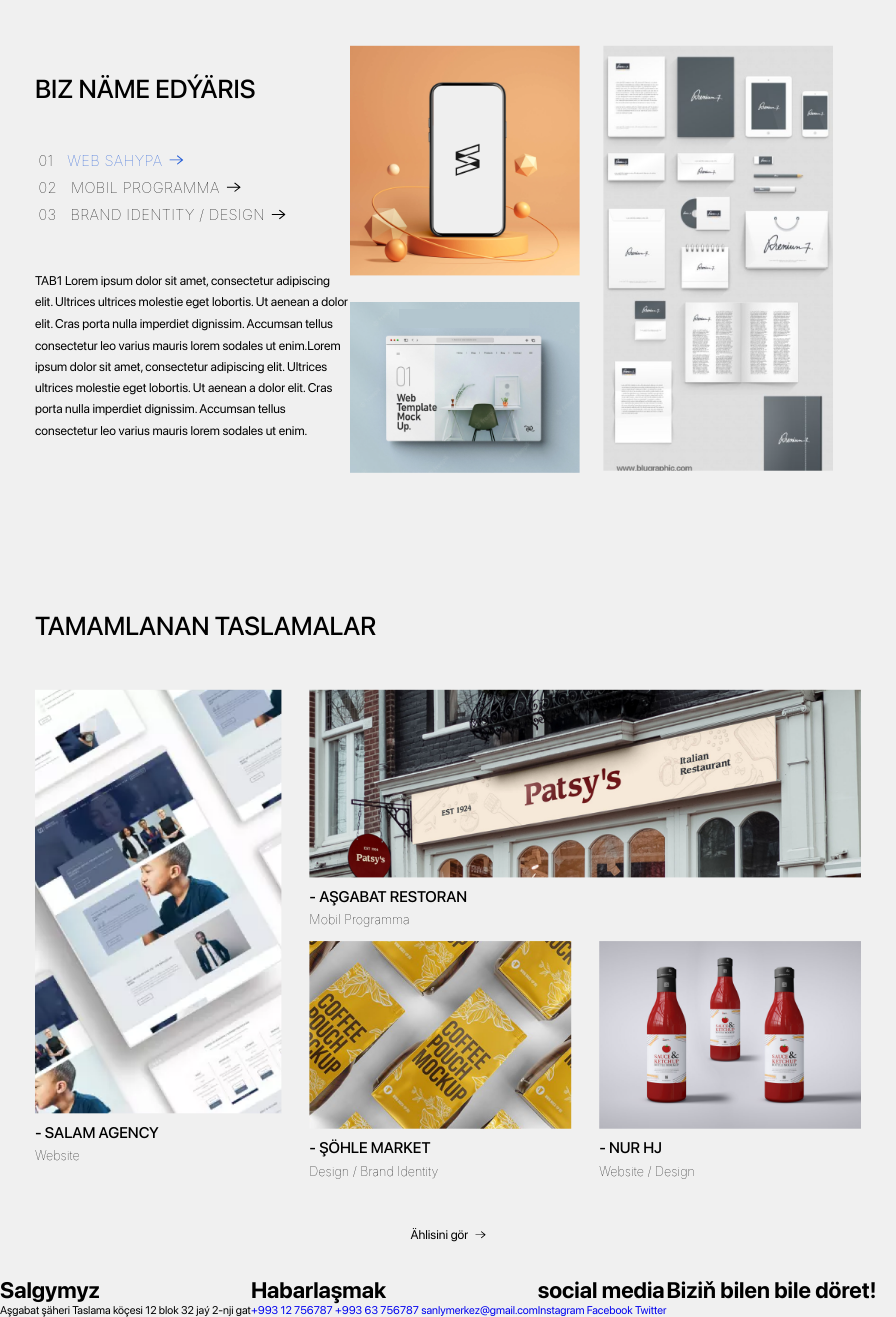
Repository: Meylis7/Sanly-Merkez-Web
Page: main.html
The author's editor kept a copy of each file at every save. The page is drawn from the files as they stood at one save, then again after the next save.
The browser window is 1280 px wide. The pictures show the part of the page from y = 1338 to 3258 px (the page is 3220 px tall before and 3258 px after), at 70% of full size.
Some web fonts or font styles are not loaded; a fallback is used.

Above is the page before, as saved 2022-04-29 18:30:16.

After the next save:
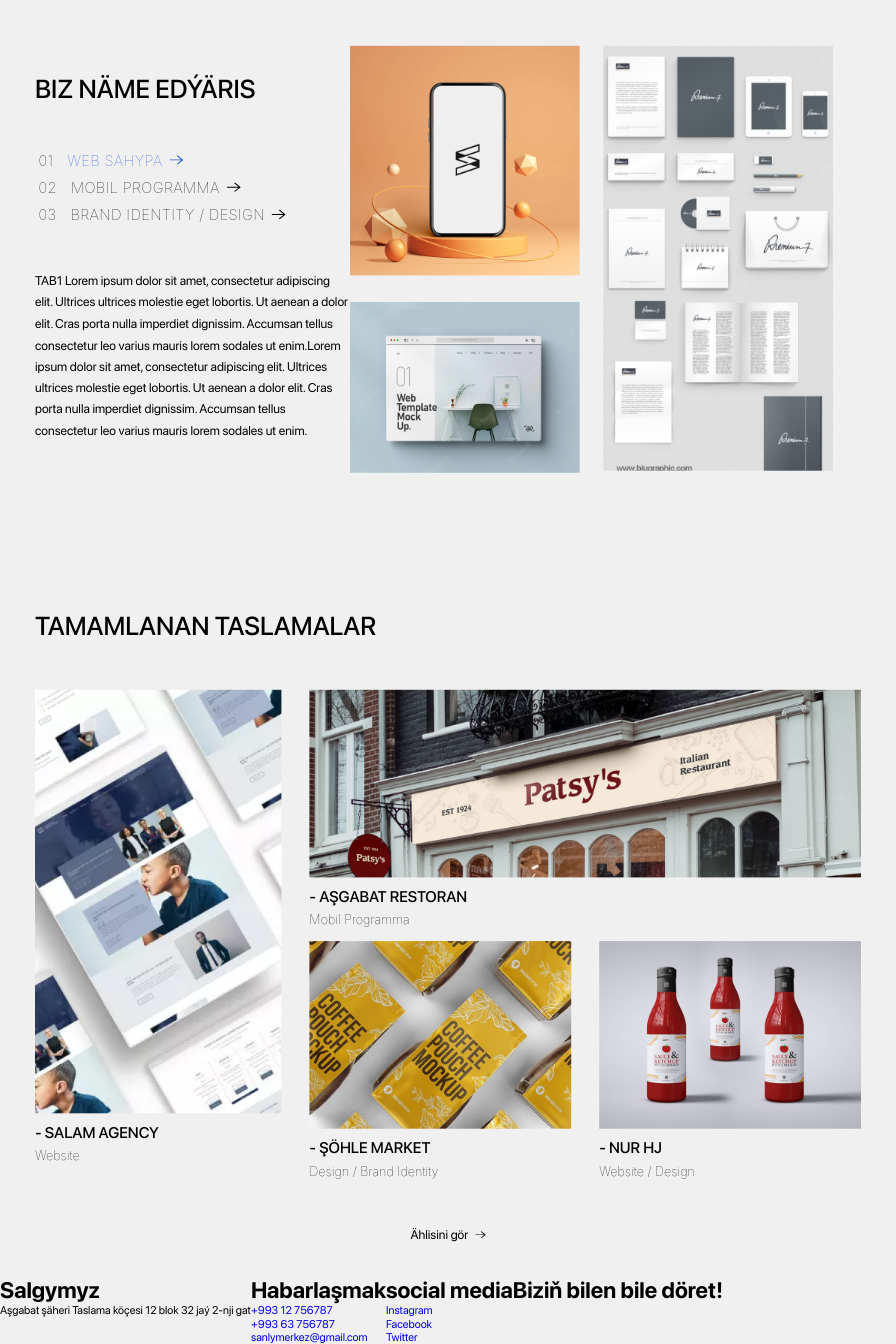
Saved 15 min 38 s later.
--- a/css/main.css
+++ b/css/main.css
@@ -576,3 +576,7 @@ header .btn{
 .footer-links-container{
   display: flex;
 }
+.footer-link-texts{
+  display: flex;
+  flex-direction: column;
+}
